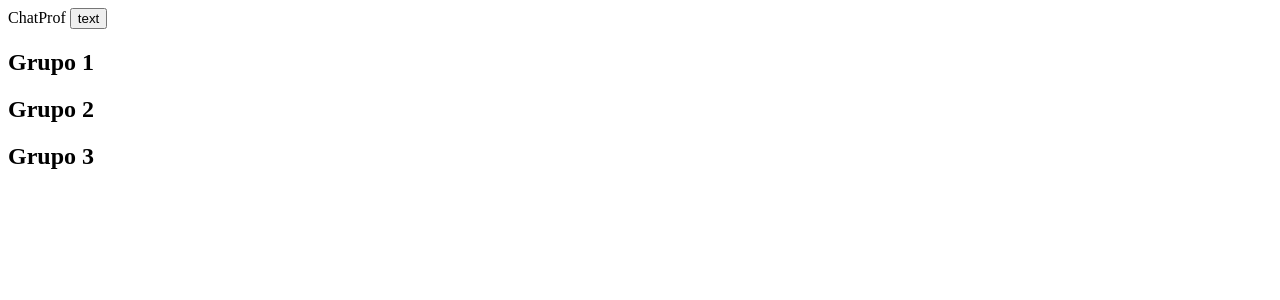
Repository: victornovy/chat-prof
Page: src/pages/home/home.html
These files come from the project's save history. The page is drawn as it stood at one moment and after the next save; the edit follows.
The browser window is 1280 px wide. The pictures show the whole page.

Above is the page before, as saved 2018-10-24 23:52:14.

### src/pages/home/home.html
<ion-header>
    <ion-navbar>
        <ion-title>
            ChatProf
        </ion-title>
    </ion-navbar>
</ion-header>

<ion-content padding>
    <ion-list>
        <button ion-item>text</button>
        <ion-item>
            <h2>Grupo 1</h2>
        </ion-item>
        <ion-item>
            <h2>Grupo 2</h2>
        </ion-item>
        <ion-item>
            <h2>Grupo 3</h2>
        </ion-item>
    </ion-list>
</ion-content>

After the next save:
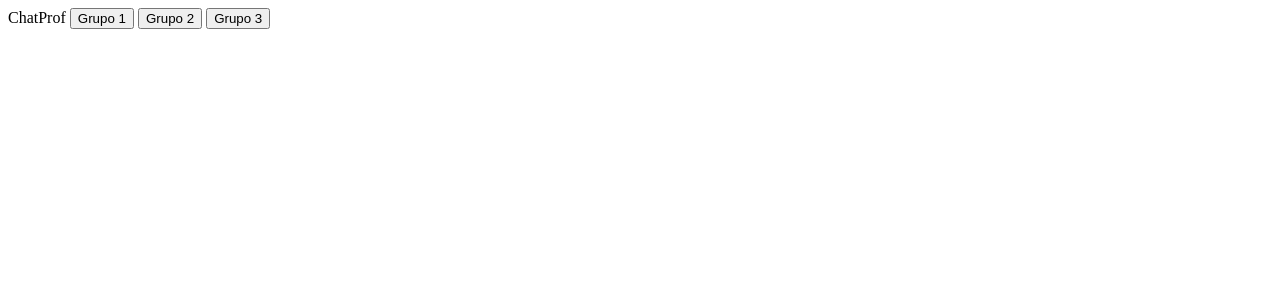
Saved 14 s later.
--- a/src/pages/home/home.html
+++ b/src/pages/home/home.html
@@ -8,15 +8,8 @@
 
 <ion-content padding>
     <ion-list>
-        <button ion-item>text</button>
-        <ion-item>
-            <h2>Grupo 1</h2>
-        </ion-item>
-        <ion-item>
-            <h2>Grupo 2</h2>
-        </ion-item>
-        <ion-item>
-            <h2>Grupo 3</h2>
-        </ion-item>
+        <button ion-item>Grupo 1</button>
+        <button ion-item>Grupo 2</button>
+        <button ion-item>Grupo 3</button>
     </ion-list>
 </ion-content>
